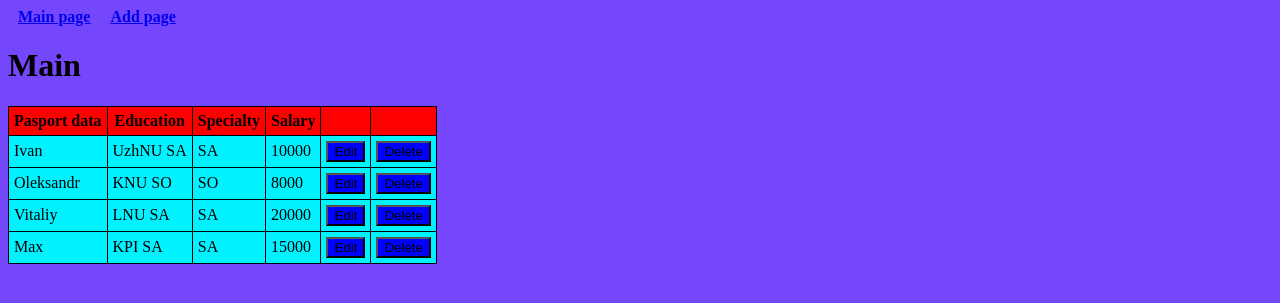
Repository: Alan-Melnychenko/vue
Page: / (app in Project/)
The author's editor kept a copy of each file at every save. The page is drawn from the files as they stood at one save, then again after the next save.
The browser window is 1280 px wide. The pictures show the whole page.
The project was rebuilt for these pictures with package versions that can differ from the ones it lists, and the page was loaded fresh each time. Also part of the build but not shown: Project/vue.config.js, Project/src/pages/Add/index.vue, Project/src/pages/Edit/index.vue.

Above is the page before, as saved 2022-11-08 23:27:52.

### Project/src/App.vue
<template>
  <div>
    <header>
      <router-link class="link" to="/"><b>Main page</b></router-link>
      <router-link class="link" to="/add"><b>Add page</b></router-link>
    </header>
    <main>
      <router-view></router-view>
    </main>
  </div>
</template>
<script>
export default {
  name: "App",
  components: {},
};
</script>

<style>
button {
  background-color: blue;
}
table {
  background-color: rgb(0, 242, 255);
}
body {
  background-color: rgb(116, 70, 252);
}
.link {
  margin: 10px;
}
table {
  border-collapse: collapse;
  border: 1px solid black;
  padding: 2px;
}
th {
  background-color: red;
  border: 1px solid black;
  padding: 5px;
}
td {
  border: 1px solid black;
  padding: 5px;
}
</style>

### Project/src/router.js
import { createRouter, createWebHashHistory } from "vue-router";

import MainPage from "./pages/Main/index.vue";
import AddPage from "./pages/Add/index.vue";
import EditPage from "./pages/Edit/index.vue";

const routes = [
  {
    path: "/",
    name: "main",
    component: MainPage,
  },
  {
    path: "/add",
    name: "add",
    component: AddPage,
  },
  {
    path: "/edit/:id?",
    name: "edit",
    component: EditPage,
  },
];

const router = createRouter({
  history: createWebHashHistory(),
  routes,
});

export default router;

### Project/src/store/index.js
import { createStore } from "vuex";

const store = createStore({
  state() {
    return {
      listData: [
        {
          id: 0,
          pasport: "Ivan",
          education: "UzhNU SA",
          specialty: "SA",
          salary: 10000,
        },
        {
          id: 1,
          pasport: "Oleksandr",
          education: "KNU SO",
          specialty: "SO",
          salary: 8000,
        },
        {
          id: 2,
          pasport: "Vitaliy",
          education: "LNU SA",
          specialty: "SA",
          salary: 20000,
        },
        {
          id: 3,
          pasport: "Max",
          education: "KPI SA",
          specialty: "SA",
          salary: 15000,
        },
      ],
    };
  },
  getters: {
    getAllListData: (state) => state.listData,
    getEmployeeById: (state) => (id) => {
      return state.listData[id];
    },
  },

  mutations: {
    addNewEmployee(state, arr) {
      state.listData.push(arr);
    },
    editEmployee(state, arr) {
      state.listData[arr[0]] = arr[1];
    },
    deleteEmployee(state, id) {
      state.listData = state.listData.filter((item) => item.id !== id);
    },
  },
  actions: {
    addNewEmployeeAction({ commit }, arr) {
      commit("addNewEmployee", arr);
    },
    editEmployeeAction({ commit }, arr) {
      commit("editEmployee", arr);
    },
    deleteEmployeeAction({ commit }, id) {
      commit("deleteEmployee", id);
    },
  },
});

export default store;

### Project/src/pages/Main/index.vue
<template>
  <div>
    <h1>Main</h1>
    <table>
      <tr>
        <th>Pasport data</th>
        <th>Education</th>
        <th>Specialty</th>
        <th>Salary</th>
        <th></th>
        <th></th>
      </tr>
      <employee-card
        v-for="item in getAllListData"
        :key="item.id"
        :pasport="item.pasport"
        :education="item.education"
        :specialty="item.specialty"
        :salary="item.salary"
      />
    </table>
  </div>
</template>

<script>
import employeeCard from "@/components/employee.vue";
import { mapGetters } from "vuex";
export default {
  name: "MainPage",
  components: {
    employeeCard,
  },
  computed: {
    ...mapGetters(["getAllListData"]),
  },
  methods: {
    goToAdd() {
      this.$router.push({ path: "/add" });
    },
    goToEdit() {
      this.$router.push({ path: "/edit" });
    },
  },
};
</script>

<style lang="css" scoped></style>

### Project/src/components/employee.vue
<template>
  <tr>
    <td>{{ pasport }}</td>
    <td>{{ education }}</td>
    <td>{{ specialty }}</td>
    <td>{{ salary }}</td>
    <td><button @click="onEdit(id)">Edit</button></td>
    <td><button @click="onDelete(id)">Delete</button></td>
  </tr>
</template>

<script>
import { mapActions } from "vuex";
export default {
  name: "employeeCard",

  props: {
    id: {
      type: Number,
      default: 0,
    },
    pasport: {
      type: String,
      default: "No pasport data",
    },
    education: {
      type: String,
      default: "No education",
    },
    specialty: {
      type: String,
      default: "No specialty",
    },
    salary: {
      type: Number,
      default: 0,
    },
  },
  methods: {
    ...mapActions(["deleteEmployeeAction"]),
    onEdit(id) {
      this.$router.push({
        name: "edit",
        params: { id: id },
      });
    },
    onDelete(id) {
      this.deleteEmployeeAction(id);
    },
  },
};
</script>

<style lang="css" scoped></style>

Loaded but not shown: Project/public/index.html (common file); Project/src/main.js (common file)

After the next save:
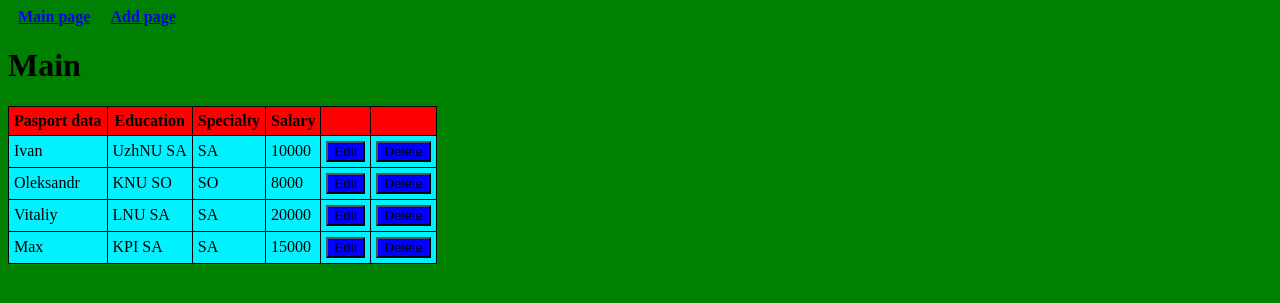
Saved 82 s later.
--- a/Project/src/App.vue
+++ b/Project/src/App.vue
@@ -24,7 +24,7 @@ table {
   background-color: rgb(0, 242, 255);
 }
 body {
-  background-color: rgb(116, 70, 252);
+  background-color: green;
 }
 .link {
   margin: 10px;
